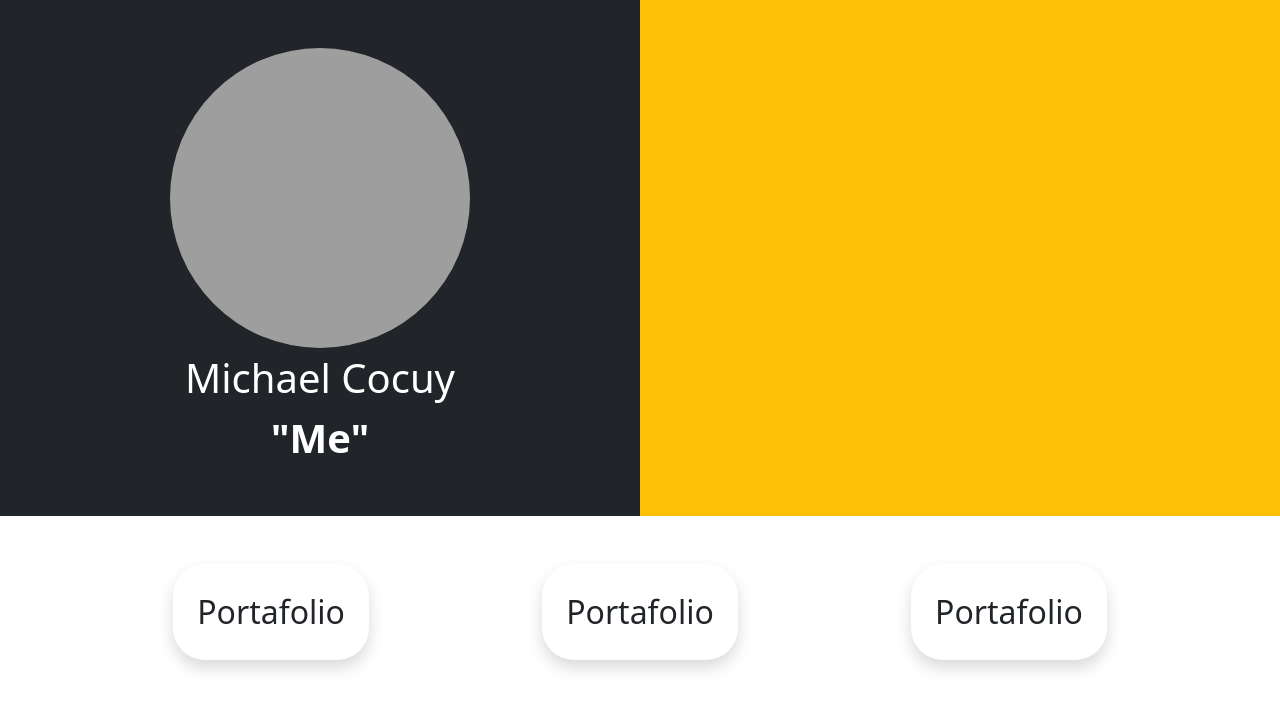
Repository: TzStrikerYT/Dise-o-web-NA00
Page: Proyecto_personal/index.html
These files come from the project's save history. The page is drawn as it stood at one moment and after the next save; the edit follows.
The browser window is 1280 px wide. The pictures show the whole page.
Pictures or frames that could not be fetched are drawn as grey boxes.

Above is the page before, as saved 2024-08-28 22:17:15.

After the next save:
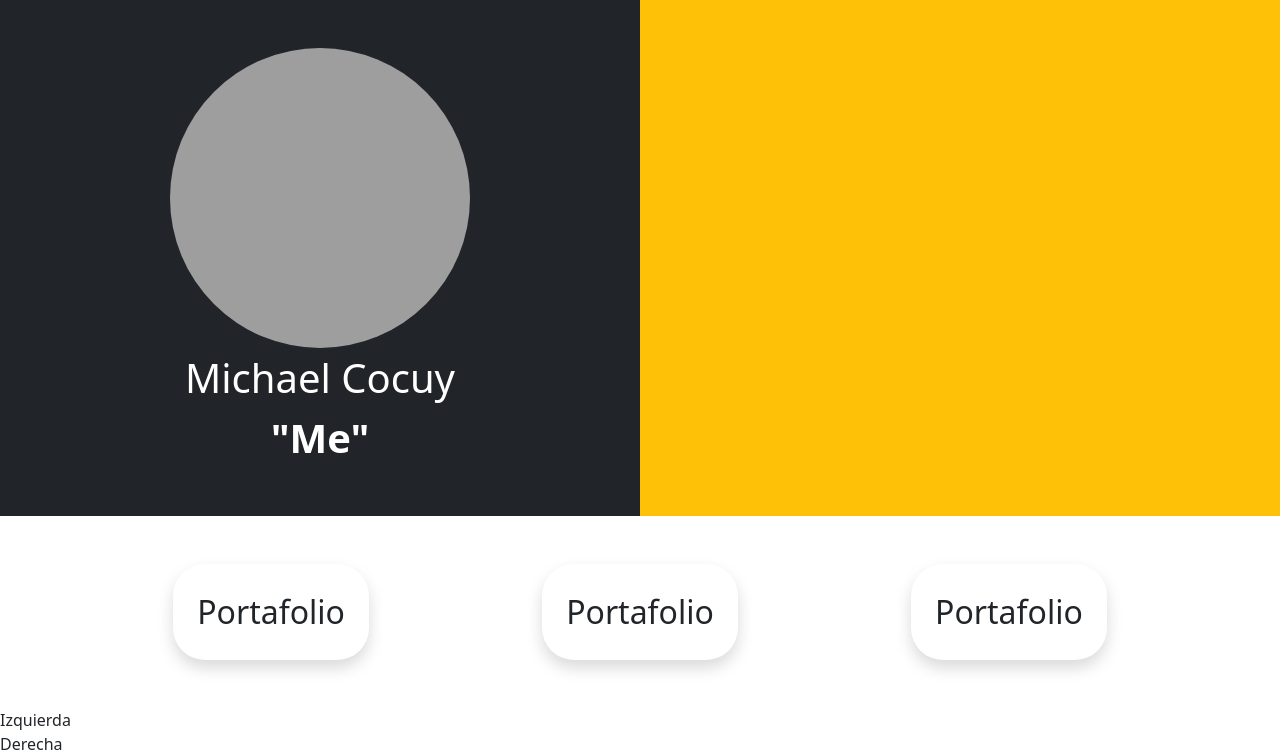
Saved 46 h 34 min later.
--- a/Proyecto_personal/index.html
+++ b/Proyecto_personal/index.html
@@ -38,6 +38,13 @@
 
     </div>
 
+    <section>
+
+      <div>Izquierda</div>
+      <div>Derecha</div>
+
+    </section>
+
     <script src="./script.js"></script>
 
     <script src="https://cdn.jsdelivr.net/npm/bootstrap@5.3.3/dist/js/bootstrap.bundle.min.js" integrity="sha384-YvpcrYf0tY3lHB60NNkmXc5s9fDVZLESaAA55NDzOxhy9GkcIdslK1eN7N6jIeHz" crossorigin="anonymous"></script>
